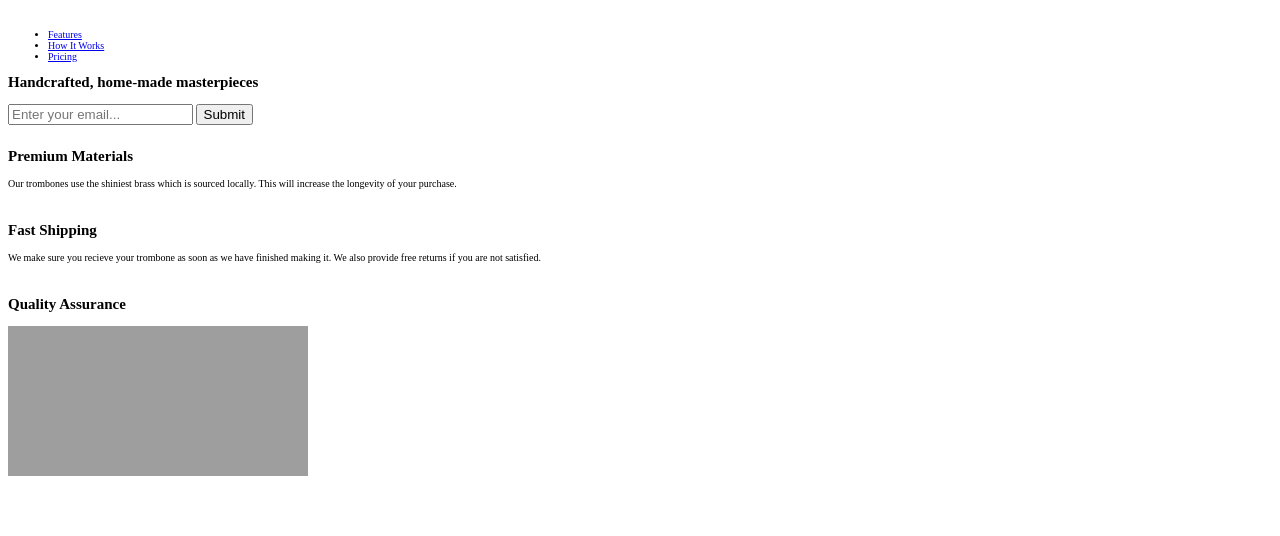
Repository: Lungdjos/product_landing_page_certification
Page: index.html
An editor plug-in stored every save of this project. The page is shown before and after the next save, followed by the edit.
The browser window is 1280 px wide. The pictures show the whole page.
Pictures or frames that could not be fetched are drawn as grey boxes.

Above is the page before, as saved 2023-12-17 23:42:49.

After the next save:
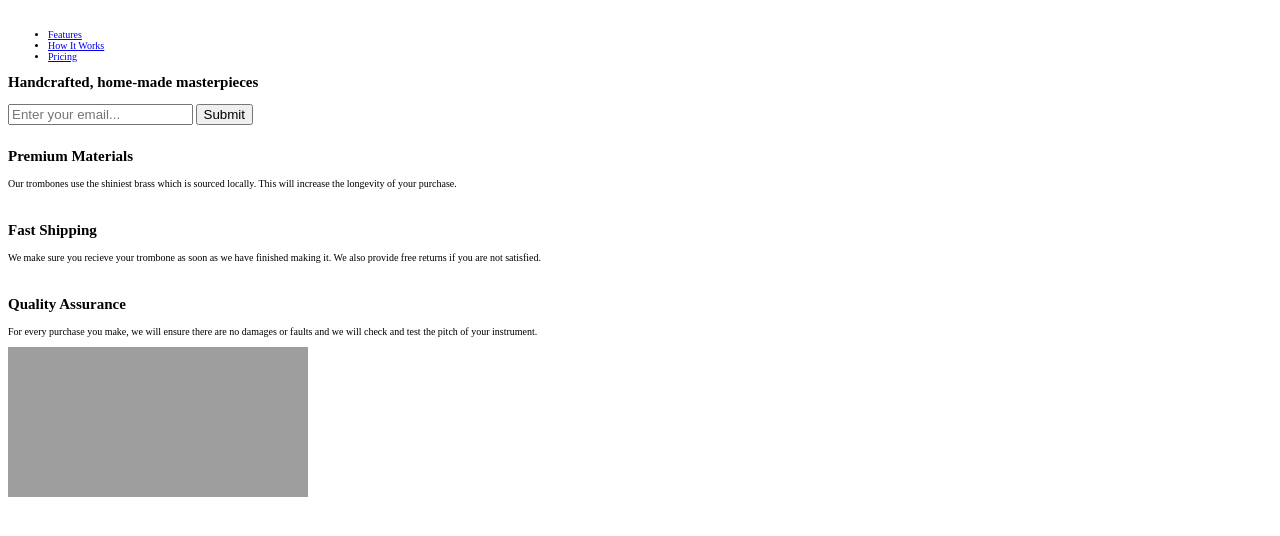
Saved 9 s later.
--- a/index.html
+++ b/index.html
@@ -47,7 +47,7 @@
             <div class="third-feature">
                 <img src="" alt="" class="ft-img">
                 <h2 class="ft-heading">Quality Assurance</h2>
-                <p class="ft-paragraph"></p>
+                <p class="ft-paragraph">For every purchase you make, we will ensure there are no damages or faults and we will check and test the pitch of your instrument.</p>
             </div>
 
         </section>
